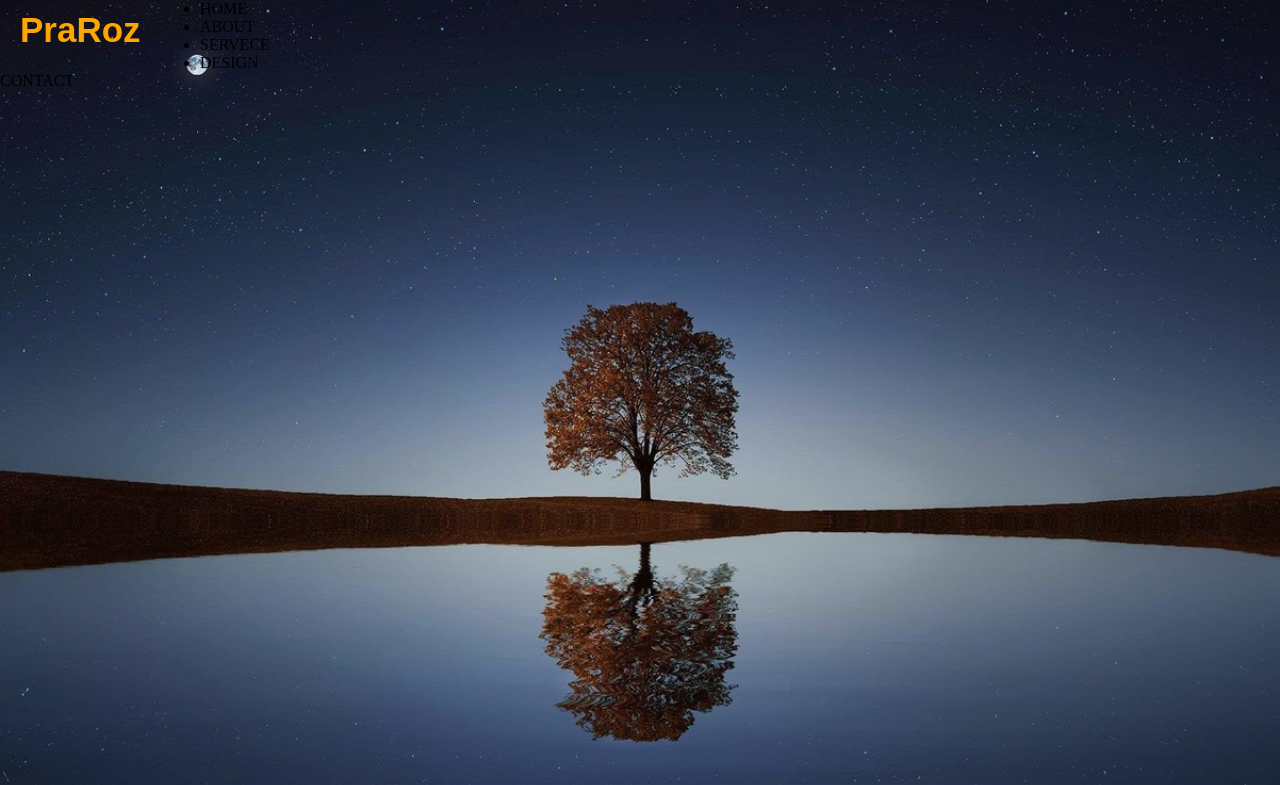
Repository: HuynhDuc23/project3
Page: index.html
The author's editor kept a copy of each file at every save. The page is drawn from the files as they stood at one save, then again after the next save.
The browser window is 1280 px wide. The pictures show the whole page.

Above is the page before, as saved 2023-05-04 14:22:59.

After the next save:
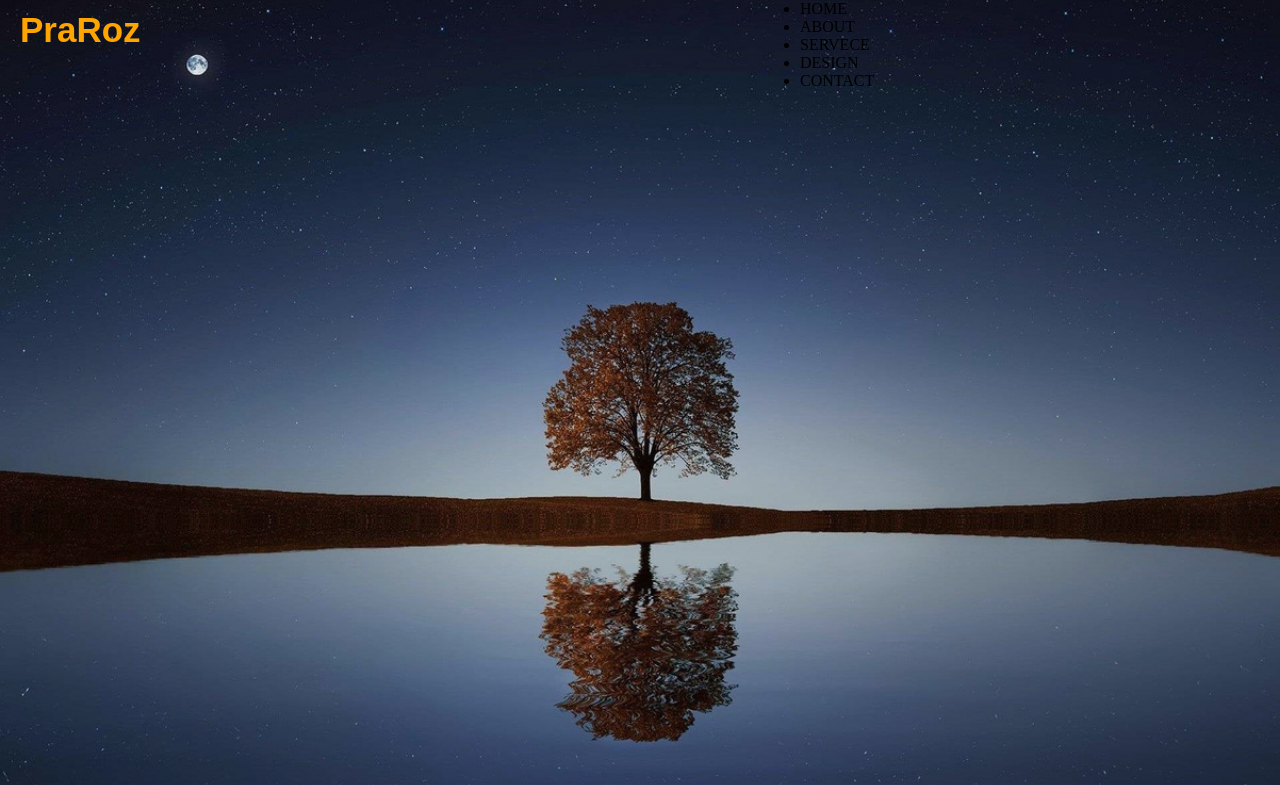
Saved 2 min 41 s later.
--- a/style.css
+++ b/style.css
@@ -30,3 +30,8 @@
     float: left;
     padding-top: 10px;
 }
+.menu {
+    width: 400px;
+    height: 70px;
+    float: right;
+}
